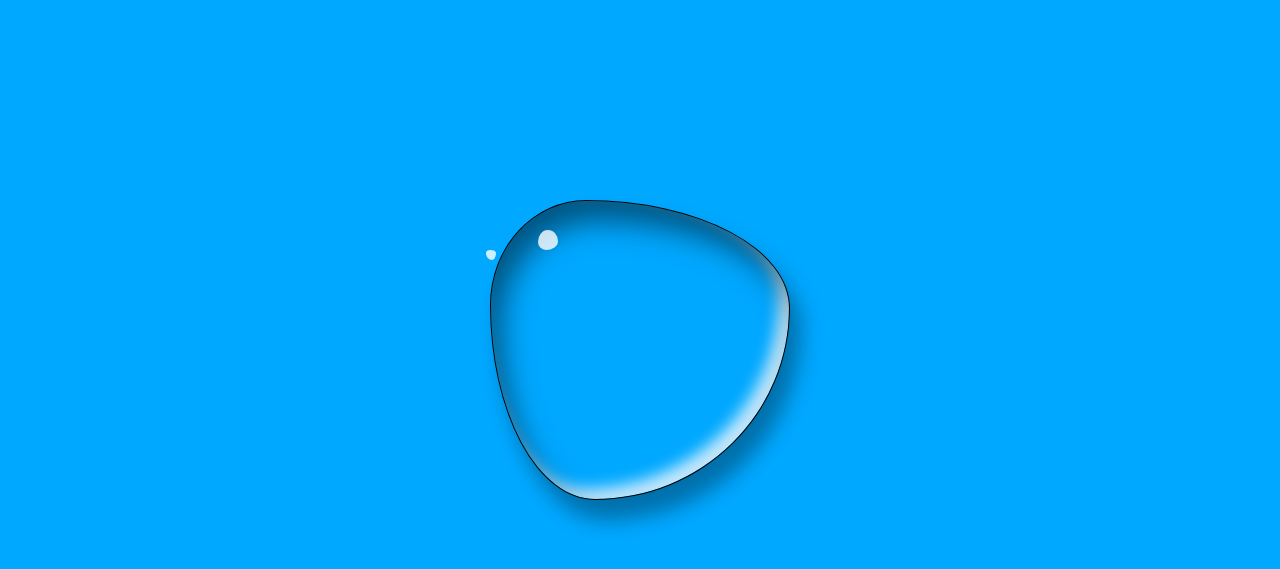
Repository: BlackCat328/CSS_Animation
Page: 52.水滴特效/demo.html
The author's editor kept a copy of each file at every save. The page is drawn from the files as they stood at one save, then again after a run of saves.
The browser window is 1280 px wide. The pictures show the whole page.

Above is the page before, as saved 2022-11-01 00:01:12.

After the next 10 saves:
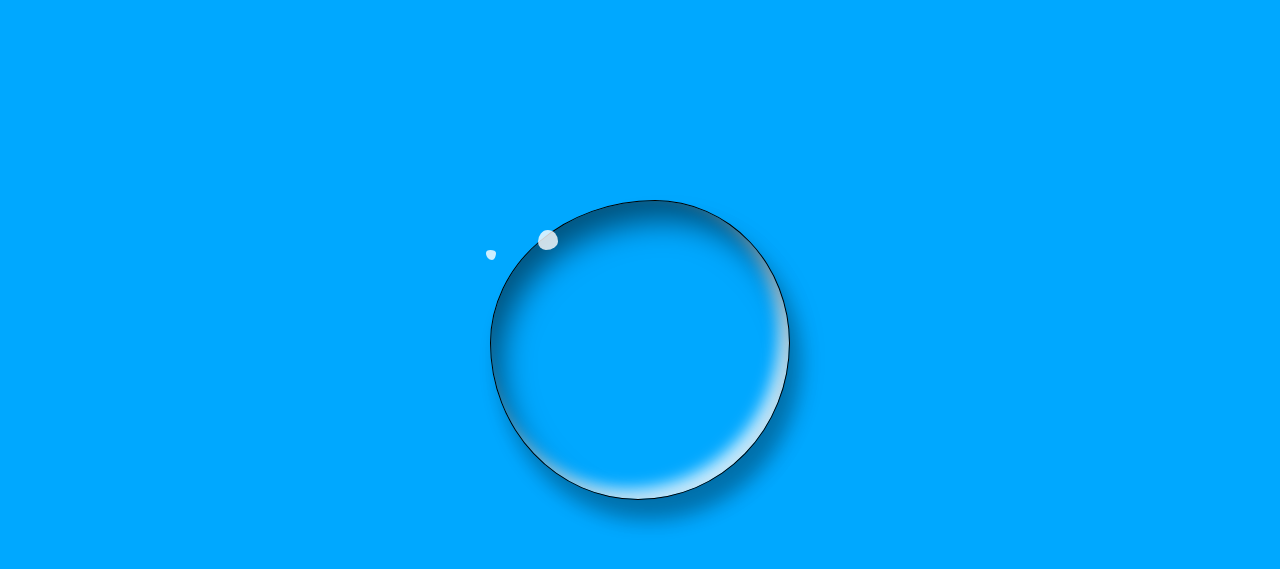
The 10 saves are shown as one change because they came seconds apart.
The last was saved 22 s later.
--- a/52.水滴特效/demo.css
+++ b/52.水滴特效/demo.css
@@ -22,7 +22,7 @@
         10px 20px 20px rgba(0, 0, 0, 0.3),
         15px 15px 30px rgba(0, 0, 0, 0.05),
         inset -10px -10px 15px rgba(255, 255, 255, 0.8);
-        animation: action 3s timing-function delay iteration-count direction fill-mode;
+        animation: action 3s linear infinite alternate;
 }
 
 #water::after {

After the 2 saves that followed:
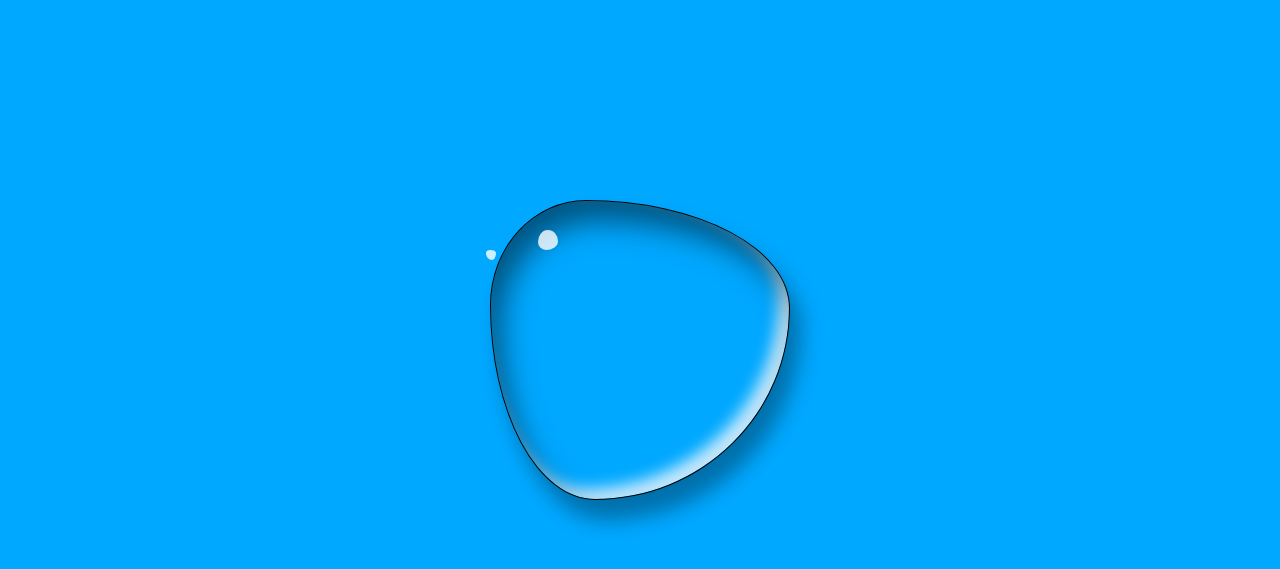
The 2 saves are shown as one change because 1 left the picture as it was.
The last was saved 91 s later.
--- a/52.水滴特效/demo.css
+++ b/52.水滴特效/demo.css
@@ -22,7 +22,7 @@
         10px 20px 20px rgba(0, 0, 0, 0.3),
         15px 15px 30px rgba(0, 0, 0, 0.05),
         inset -10px -10px 15px rgba(255, 255, 255, 0.8);
-        animation: action 3s linear infinite alternate;
+    /* animation: action 3s linear infinite alternate; */
 }
 
 #water::after {
